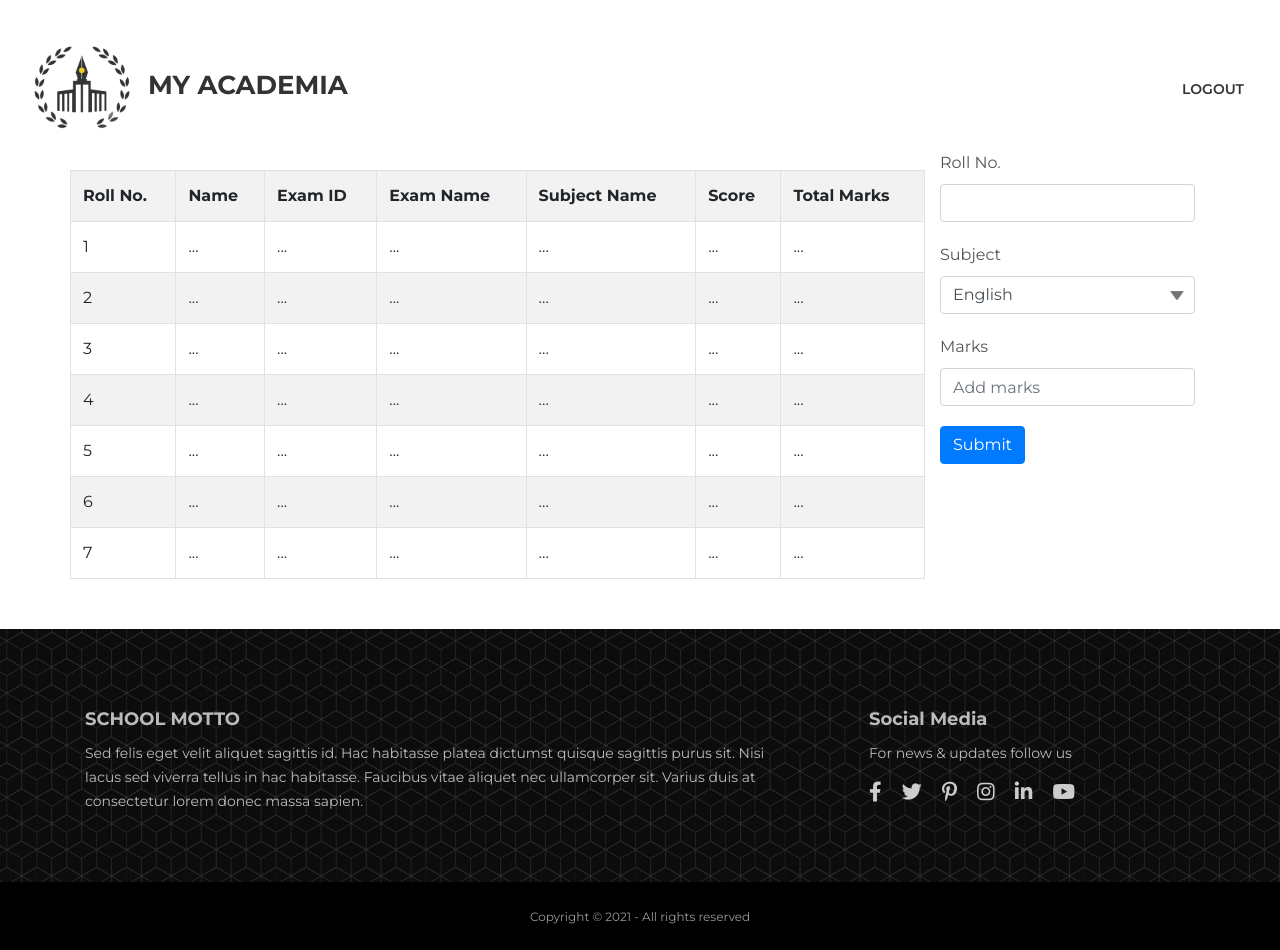
Repository: SaxenaAbhay/DBMS2023
Page: http://localhost/score
These files come from the project's save history. The page is drawn as it stood at one moment and after the next save; the edit follows.
The browser window is 1280 px wide. The pictures show the whole page.
The page is this project's Thymeleaf template; nobody is signed in. The template is opened directly, without the code that normally fills it, so the values that code supplies are empty.

Above is the page before, as saved 2023-10-21 14:48:23.

### school-managment-system/src/main/resources/templates/score.html
<!DOCTYPE html>
<html lang="en">
    <head>
        <meta charset="utf-8">
        <meta name="viewport" content="width=device-width, initial-scale=1, shrink-to-fit=no">

        <!-- SEO Meta Tags -->
        <meta name="description" content="My Academia">
        <meta name="keywords" content="school website, responsive">
        <meta name="author" content="Yashwini Bansal">

        <!-- Website Title -->
        <title>My Academia</title>

        <link href="https://fonts.googleapis.com/css?family=Montserrat:400,400i,600,700,700i&display=swap" rel="stylesheet">

        <link href="css/bootstrap.css" rel="stylesheet">
        <link href="css/fontawesome-all.css" rel="stylesheet">
        <link href="css/swiper.css" rel="stylesheet">
        <link href="css/styles.css" rel="stylesheet">

        <link rel="icon" href="images/logo2.jpg">

        <!-- Scripts -->
        <script src="js/jquery.min.js" defer></script>
        <script src="js/popper.min.js" defer></script>
        <script src="js/bootstrap.min.js" defer></script>
        <script src="js/jquery.easing.min.js" defer></script>
        <script src="js/swiper.min.js" defer></script>
        <script src="js/validator.min.js" defer></script>
        <script src="js/scripts.js" defer></script>
    </head>
    <body  data-spy="scroll"  data-target=".fixed-top">

        <!-- Preloader -->
        <div class="spinner-wrapper">
            <div class="spinner">
                <div class="bounce1"></div>
                <div class="bounce2"></div>
                <div class="bounce3"></div>
            </div>
        </div>
        <!-- end of preloader -->


        <!-- Navigation -->
        <nav class="navbar navbar-expand-lg navbar-dark navbar-custom fixed-top">

            <!-- Logo -->
            <a class="navbar-brand logo-image" href="./index.html"><img src="./images/logo.jpg"></a><h3>MY ACADEMIA</h3>

            <!-- Mobile Menu Toggle Button -->
            <button class="navbar-toggler" type="button" data-toggle="collapse" data-target="#navbarsExampleDefault" aria-controls="navbarsExampleDefault" aria-expanded="false" aria-label="Toggle navigation">
                <span class="navbar-toggler-awesome fas fa-bars"></span>
                <span class="navbar-toggler-awesome fas fa-times"></span>
            </button>
            <!-- end of mobile menu toggle button -->

            <div class="collapse navbar-collapse" id="navbarsExampleDefault">
                <ul class="navbar-nav ml-auto">
                    <!--<li class="nav-item">
                        <a class="nav-link page-scroll" href="./teachers.html">PROFILE</a>
                    </li>-->
                    <li class="nav-item">
                        <a class="nav-link page-scroll" href="#">LOGOUT</a>
                    </li>
                </ul>
            </div>
        </nav>

        <div class="container">
            <div class="row">
                <table class="table table-striped table-bordered table-hover table-condensed col-md-9">
                <tr>
                    <th>Roll No.</th>
                    <th>Name</th>
                    <th>Exam ID</th>
                    <th>Exam Name</th>
                    <th>Subject Name</th>
                    <th>Score</th>
                    <th>Total Marks</th>
                </tr>
                <tr>
                    <td>1</td>
                    <td>...</td>
                    <td>...</td>
                    <td>...</td>
                    <td>...</td>
                    <td>...</td>
                    <td>...</td>
                </tr>
                <tr>
                    <td>2</td>
                    <td>...</td>
                    <td>...</td>
                    <td>...</td>
                    <td>...</td>
                    <td>...</td>
                    <td>...</td>
                </tr>
                <tr>
                    <td>3</td>
                    <td>...</td>
                    <td>...</td>
                    <td>...</td>
                    <td>...</td>
                    <td>...</td>
                    <td>...</td>
                </tr>
                <tr>
                    <td>4</td>
                    <td>...</td>
                    <td>...</td>
                    <td>...</td>
                    <td>...</td>
                    <td>...</td>
                    <td>...</td>
                </tr>
                <tr>
                    <td>5</td>
                    <td>...</td>
                    <td>...</td>
                    <td>...</td>
                    <td>...</td>
                    <td>...</td>
                    <td>...</td>
                </tr>
                <tr>
                    <td>6</td>
                    <td>...</td>
                    <td>...</td>
                    <td>...</td>
                    <td>...</td>
                    <td>...</td>
                    <td>...</td>
                </tr>
                <tr>
                    <td>7</td>
                    <td>...</td>
                    <td>...</td>
                    <td>...</td>
                    <td>...</td>
                    <td>...</td>
                    <td>...</td>
                </tr>
                </table>

                <form class="col-md-3 teach-form">
                    <div class="form-group">
                    <label>Roll No.</label>
                    <input type="text" class="form-control">
                    </div>

                    <div class="form-group">
                    <label>Subject</label>
                    <select class="form-control">
                        <option value="english">English</option>
                        <option value="hindi">Hindi</option>
                        <option value="maths">Maths</option>
                        <option value="science">Science</option>
                        <option value="computer">Computer</option>
                    </select>
                    </div>

                    <div class="form-group">
                        <label>Marks</label>
                        <input type="email" class="form-control" placeholder="Add marks">
                    </div>

                    <button type="submit" class="btn btn-default btn-primary">Submit</button>
                </form>
            </div>
          </div>

        <!-- Footer -->
        <div class="footer">
            <div class="container">
                <div class="row">
                    <div class="col-md-8">
                        <div class="footer-col first">
                            <h5>SCHOOL MOTTO</h5>
                            <p class="p-small">Sed felis eget velit aliquet sagittis id. Hac habitasse platea dictumst quisque sagittis purus sit. Nisi lacus sed viverra tellus in hac habitasse. Faucibus vitae aliquet nec ullamcorper sit. Varius duis at consectetur lorem donec massa sapien.</p>
                        </div>
                    </div> <!-- end of col -->
                    <div class="col-md-4">
                        <div class="footer-col fourth">
                            <h5>Social Media</h5>
                            <p class="p-small">For news & updates follow us</p>
                            <a href="#your-link">
                                <i class="fab fa-facebook-f"></i>
                            </a>
                            <a href="#your-link">
                                <i class="fab fa-twitter"></i>
                            </a>
                            <a href="#your-link">
                                <i class="fab fa-pinterest-p"></i>
                            </a>
                            <a href="#your-link">
                                <i class="fab fa-instagram"></i>
                            </a>
                            <a href="#your-link">
                                <i class="fab fa-linkedin-in"></i>
                            </a>
                            <a href="#your-link">
                                <i class="fab fa-youtube"></i>
                            </a>
                        </div>
                    </div> <!-- end of col -->
                </div> <!-- end of row -->
            </div> <!-- end of container -->
        </div> <!-- end of footer -->
        <!-- end of footer -->


        <!-- Copyright -->
        <div class="copyright">
            <div class="container">
                <div class="row">
                    <div class="col-lg-12">
                        <p class="p-small">Copyright © 2021 - All rights reserved</p>
                    </div> <!-- end of col -->
                </div> <!-- enf of row -->
            </div> <!-- end of container -->
        </div> <!-- end of copyright -->
        <!-- end of copyright -->
    </body>
</html>

Loaded but not shown: school-managment-system/src/main/resources/static/css/bootstrap.css (library); school-managment-system/src/main/resources/static/css/fontawesome-all.css (library); school-managment-system/src/main/resources/static/css/swiper.css (library); school-managment-system/src/main/resources/static/js/jquery.min.js (library); school-managment-system/src/main/resources/static/js/popper.min.js (library); school-managment-system/src/main/resources/static/js/bootstrap.min.js (library); school-managment-system/src/main/resources/static/js/jquery.easing.min.js (library); school-managment-system/src/main/resources/static/js/swiper.min.js (library); school-managment-system/src/main/resources/static/js/validator.min.js (library); school-managment-system/src/main/resources/static/js/scripts.js (177 lines, source omitted); school-managment-system/src/main/resources/static/css/styles.css (1735 lines, source omitted)

After the next save:
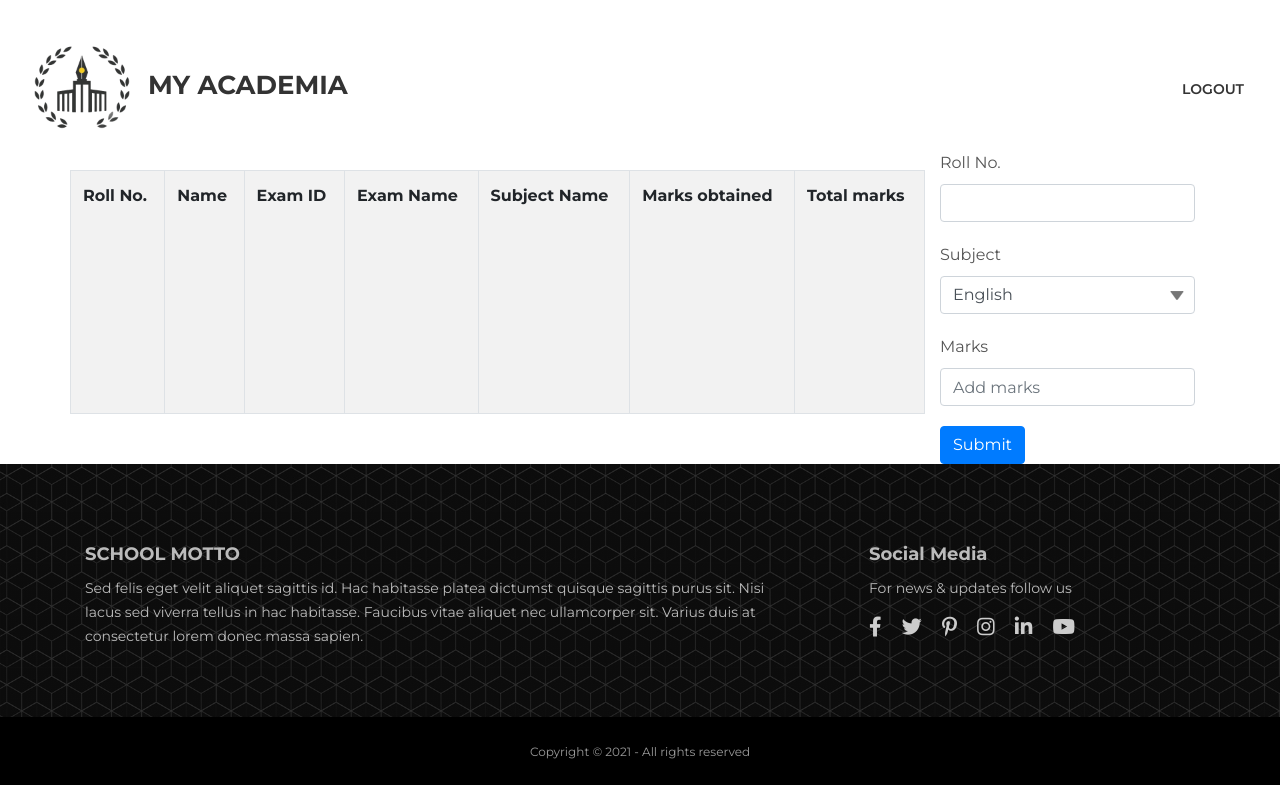
Saved 74 s later.
--- a/school-managment-system/src/main/resources/templates/score.html
+++ b/school-managment-system/src/main/resources/templates/score.html
@@ -77,10 +77,10 @@
                     <th>Exam ID</th>
                     <th>Exam Name</th>
                     <th>Subject Name</th>
-                    <th>Score</th>
-                    <th>Total Marks</th>
-                </tr>
-                <tr>
+                    <th>Marks obtained</th>
+                    <th>Total marks</th>
+                </tr>
+                <!--<tr>
                     <td>1</td>
                     <td>...</td>
                     <td>...</td>
@@ -142,7 +142,7 @@
                     <td>...</td>
                     <td>...</td>
                     <td>...</td>
-                </tr>
+                </tr>-->
                 </table>
 
                 <form class="col-md-3 teach-form">
